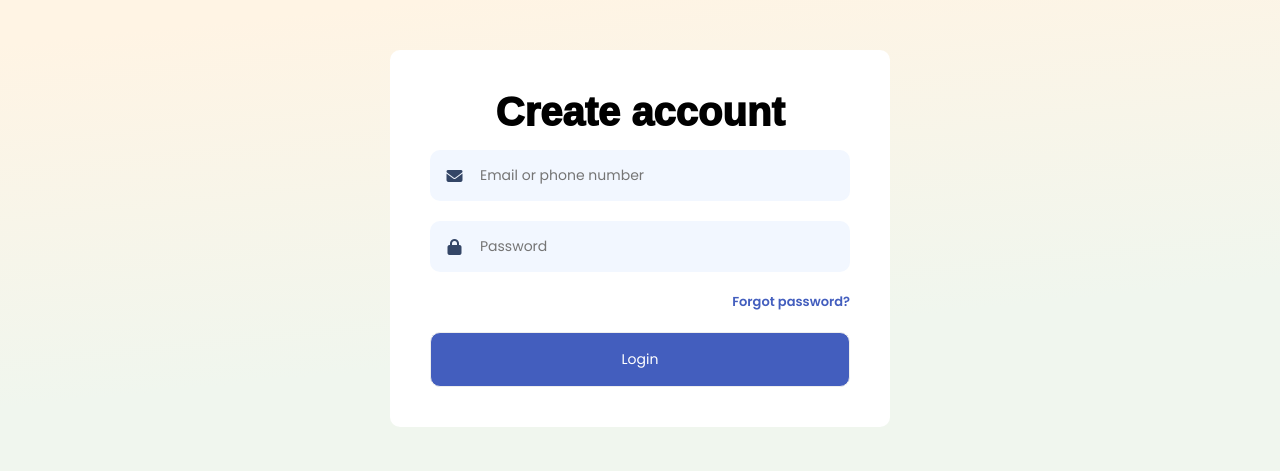
Repository: VuTuanAnh0949/loginForm
Page: index.html
The author's editor kept a copy of each file at every save. The page is drawn from the files as they stood at one save, then again after the next save.
The browser window is 1280 px wide. The pictures show the whole page.

Above is the page before, as saved 2022-04-15 21:10:06.

### index.html
<!DOCTYPE html>
<html lang="en">
<head>
  <meta charset="UTF-8">
  <meta http-equiv="X-UA-Compatible" content="IE=edge">
  <meta name="viewport" content="width=device-width, initial-scale=1.0">
  <link
  href="https://fonts.googleapis.com/css2?family=Poppins:wght@300;400;600&display=swap"
  rel="stylesheet"
/>
<link rel="stylesheet" href="style.css">
<link rel="stylesheet" href="/fontawesome-free-6.1.1-web/css/all.css">
  <title>Login</title>
</head>
<body>
  <div class="login">
    <div class="login__heading">
      Create account
    </div>
    <div class="login-field">
      <i class="fa-solid fa-envelope login-icon"></i>
      <input type="email" class="login-input" placeholder="Email or phone number">
    </div>
    <div class="login-field">
      <i class="fa-solid fa-lock login-icon"></i>
      <input type="password" class="login-input" placeholder="Password">
    </div>
    <a href="#" class="login__forgot--password">Forgot password?</a>
    <button class="login-submit">Login</button>
  </div>
</body>
</html>

### style.css
html{
  font-size: 62.5%;
  font-family: "Poppins", sans-serif;
}
*{
box-sizing: border-box;
}
body{
  background-image: linear-gradient( 174.2deg,  rgba(255,244,228,1) 7.1%, rgba(240,246,238,1) 67.4% );
}
.login{
width: 500px;
margin: 50px auto;
padding: 40px;
background-color: white;
border-radius: 10px;
}
.login__heading{
  font-size: 40px;
  font-family: Arial, Helvetica, sans-serif;
  font-weight: 1000;
  text-align: center;
  padding-bottom: 15px;
}
.login-field{
  display: flex;
  align-items: center;
  background-color: #f2f7ff;
  padding: 15px;
  margin-bottom: 20px;
  border-radius: 10px;
}
.login-icon{
  color: #344667;
  font-size: 16px;
  width: 20px;
  text-align: center;

}
.login-input{
  font-family: "Poppins", sans-serif;
  border: 0;
  padding: 0 0 0 16px;
  background-color: transparent;
  width: 100%;
  outline: none;
  font-size: 14px;
}
.login-submit{
  color: white;
  border-radius: 10px;
  display: block;
  width: 100%;
  border: 0;
  padding: 16px 10px;
   background-color: #435ebe;
   font-size: 14px;
   font-family: "Poppins", sans-serif;
   cursor: pointer;
   outline: none;
   border: 1px solid #eee;
}
.login__forgot--password{
  display: block;
  text-decoration: none;
  text-align: right;
  margin-bottom: 20px;
  font-size: 13px;
  font-weight: 600;
  color: #435ebe;
  }

Loaded but not shown: fontawesome-free-6.1.1-web/css/all.css (library)

After the next save:
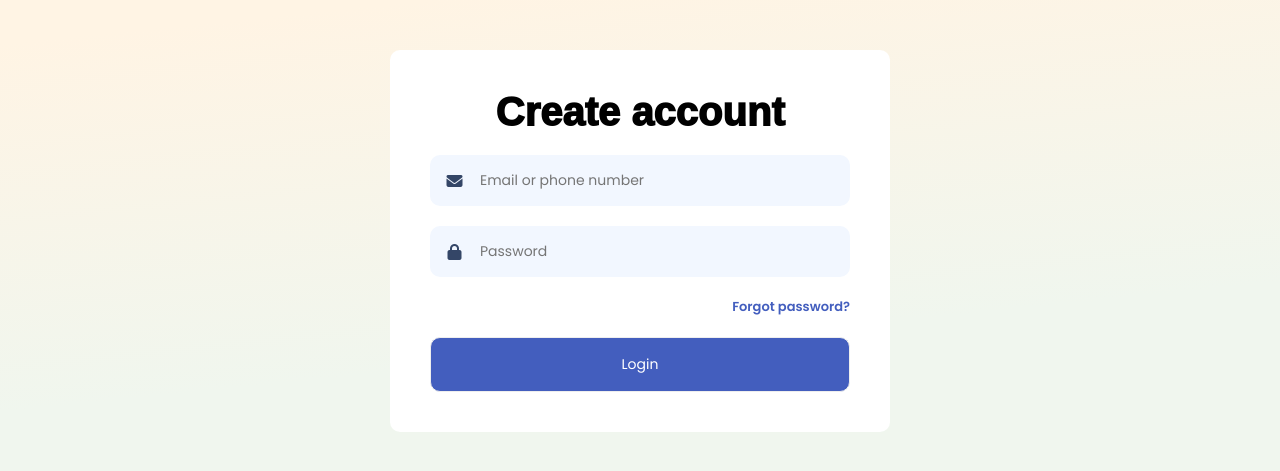
Saved 4 s later.
--- a/style.css
+++ b/style.css
@@ -20,7 +20,7 @@ border-radius: 10px;
   font-family: Arial, Helvetica, sans-serif;
   font-weight: 1000;
   text-align: center;
-  padding-bottom: 15px;
+  padding-bottom: 20px;
 }
 .login-field{
   display: flex;
